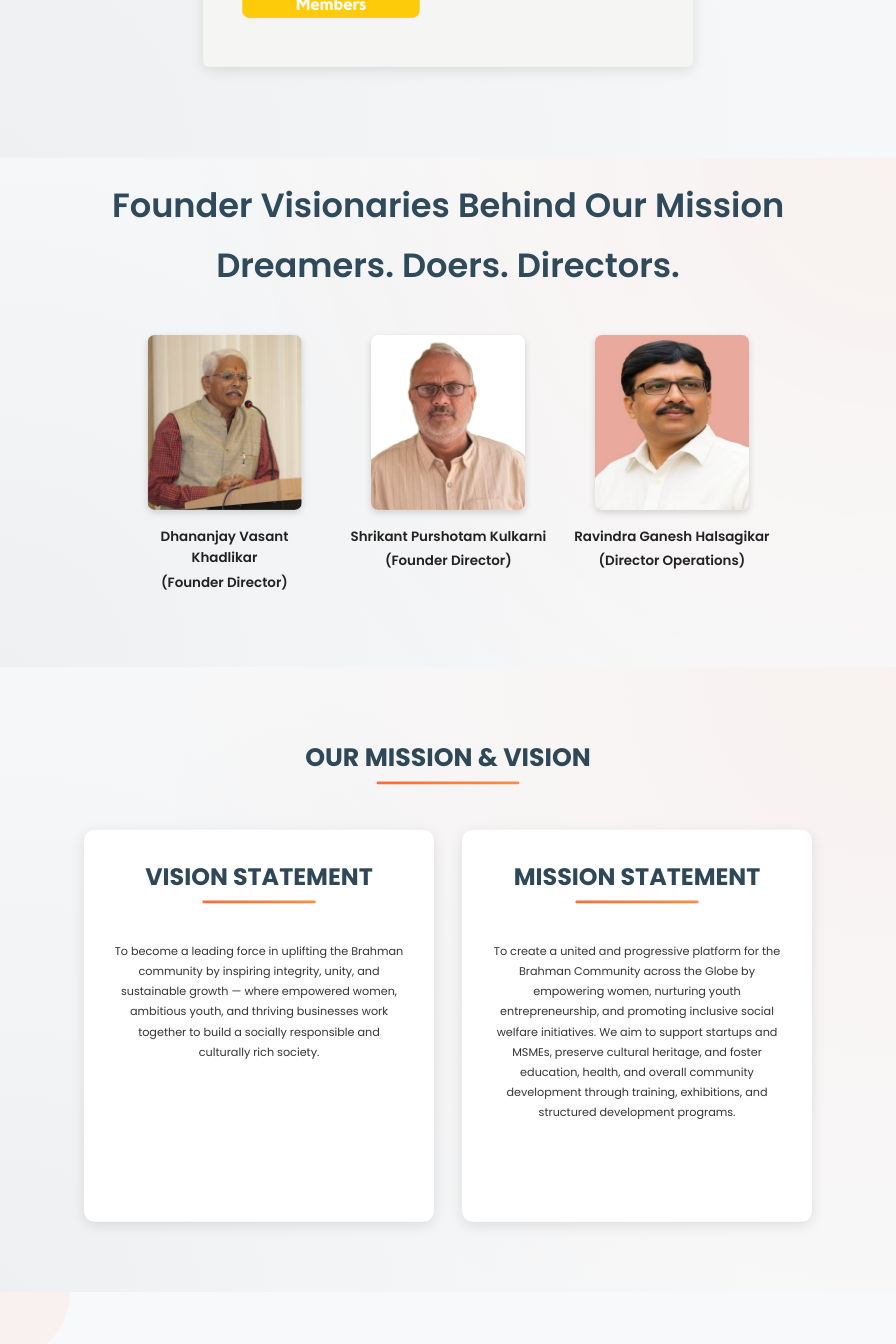
Repository: Snehaldahiphale/bbn-association
Page: index.html
An editor plug-in stored every save of this project. The page is shown before and after the next save, followed by the edit.
The browser window is 1280 px wide. The pictures show the part of the page from y = 2279 to 4199 px (the page is 9511 px tall before and 9389 px after), at 70% of full size.

Above is the page before, as saved 2026-03-06 11:06:28.

After the next save:
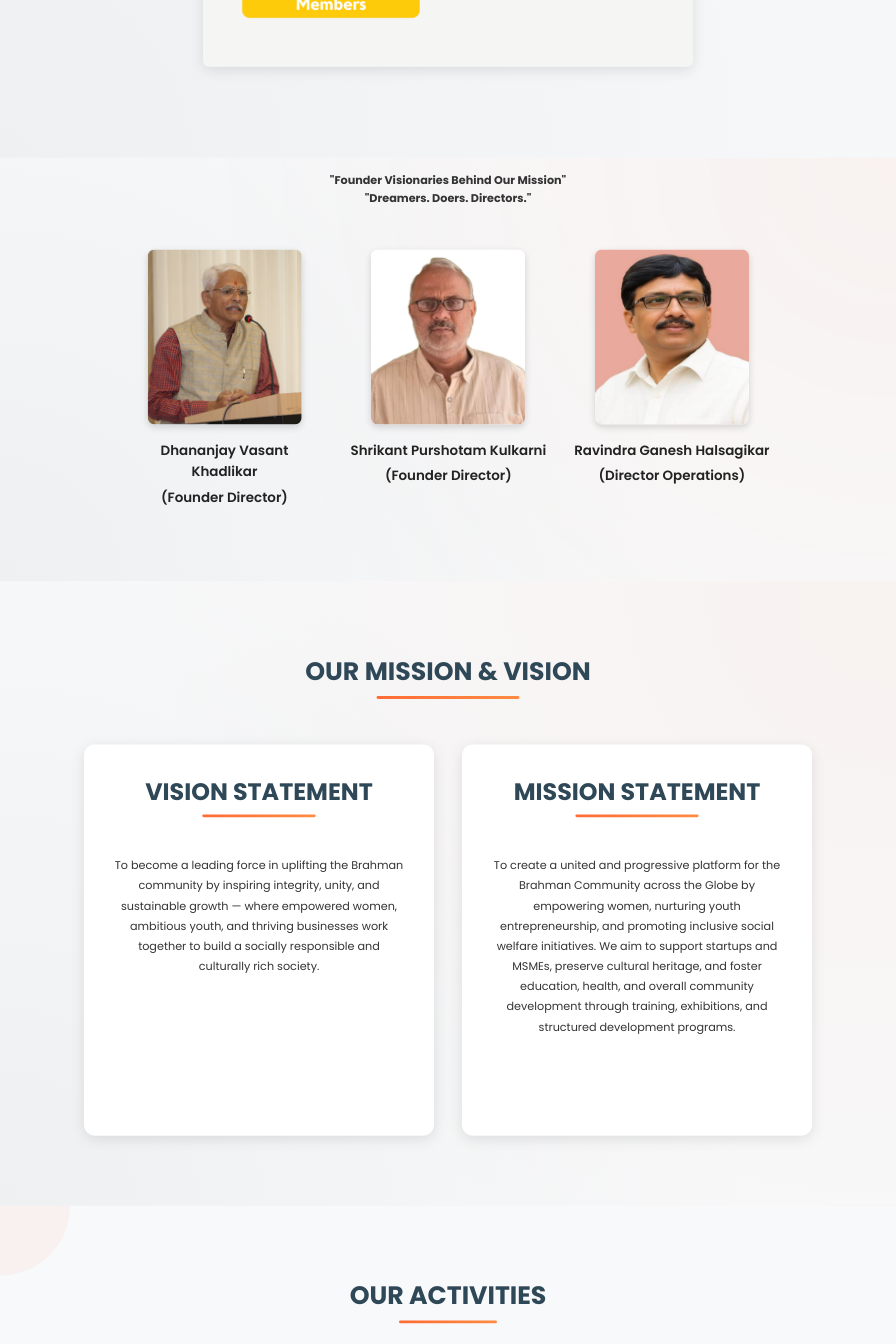
Saved 11 s later.
--- a/index.html
+++ b/index.html
@@ -133,18 +133,9 @@
  <section id="founders" class="section bg-light">
   <div class="container">
     <div class="section-header">
-      <style>
-.custom-heading{
-    font-size:48px;
-    font-weight:600;
-    color:#2f4a5a;
-    text-align:center;
-    margin:10px 0;
-}
-</style>
-
-<h4 class="custom-heading">Founder Visionaries Behind Our Mission</h4>
-<h4 class="custom-heading">Dreamers. Doers. Directors.</h4>
+      <h4>"Founder Visionaries Behind Our Mission"</h4>
+
+      <h4>"Dreamers. Doers. Directors."</h4>
     </div>
 
     <div class="founders-container">
